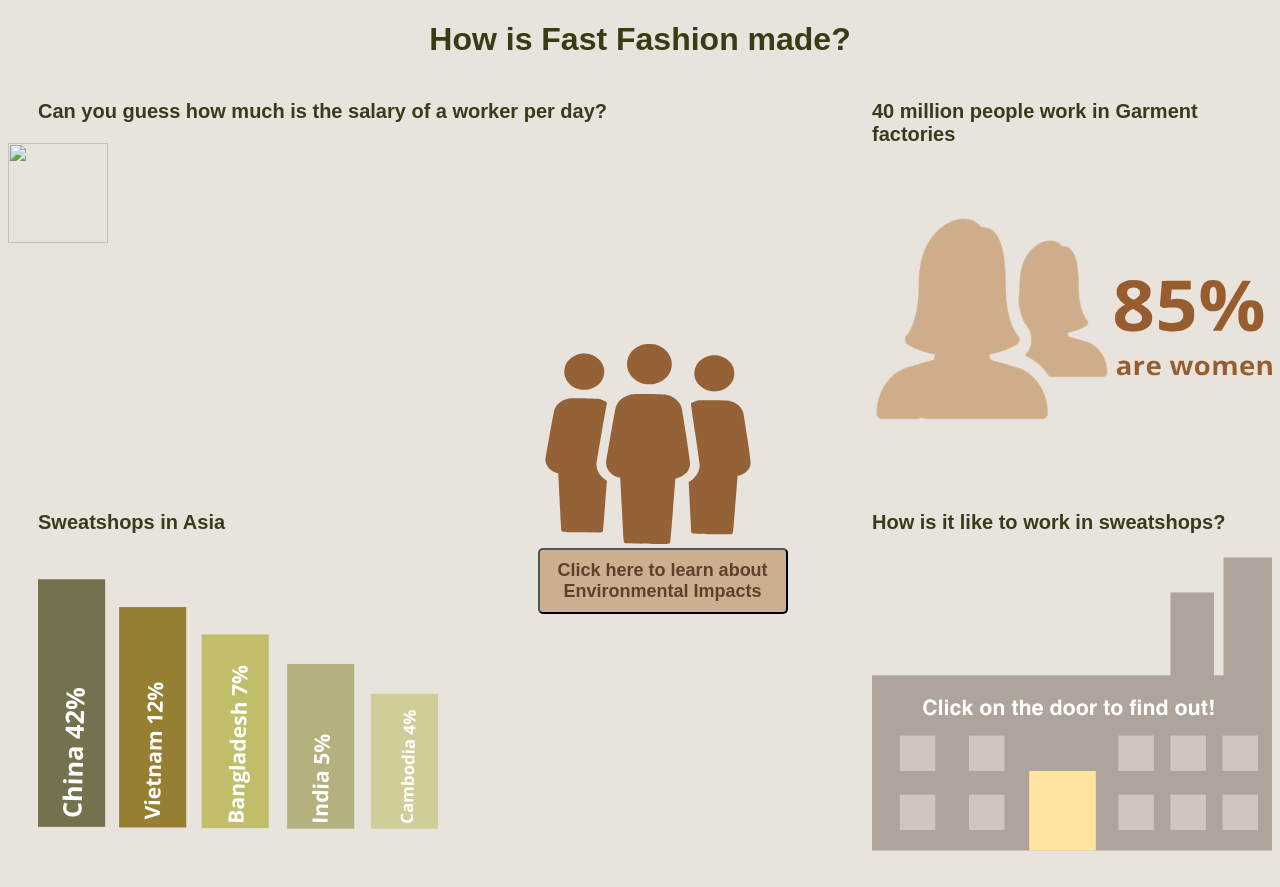
Repository: DevOfHockey/mdia-2190-midterm
Page: fashionlabor.html
An editor plug-in stored every save of this project. The page is shown before and after the next save, followed by the edit.
The browser window is 1280 px wide. The pictures show the whole page.

Above is the page before, as saved 2022-03-06 22:43:16.

### fashionlabor.html
<!DOCTYPE html>
<html>
  <head>
    <title>Fashion Labor</title>
    <script src="comps/header.js"></script>
    <script src="comps/subheading.js"></script>
    <script src="comps/infobox.js"></script>
    <script src="comps/salarybox.js"></script>
    <link rel="stylesheet" href="fashionlabor.css">
  </head>
<!-- Header -->
  <body>
  <div class="main"></div>
    <div class="Headings">
      <the-header
        name="Sample Header">
      </the-header>
      <the-subheading
        name="Sample Sub-heading">
      </the-subheading>
    </div>

<!-- Images with Info-->
    <div id="info">
      <div class="salary">
        <p>Can you guess how much is the salary of a worker per day?</p>
        <the-salary></the-salary>
      </div>

      <div class="asia">
        <the-info
          name="40 million people work in Garment factories"
          img="/imgs/women.svg">
        </the-info>
      </div>

      <div class="environment">
        <img src="/imgs/human.svg" class="human" width="220" height="200">
        <button>Click here to learn about Environmental Impacts</button>
      </div>

      <div class="people">
        <the-info
          name="Sweatshops in Asia">
        </the-info>
      </div>

      <div class="sweatshops">
        <the-info
          name="How is it like to work in sweatshops?"
          img="/imgs/sweatshop.svg">
        </the-info>
      </div>
    </div>
  </div>

  </body>
</html>

### comps/header.js
var template_header = document.createElement("template"); //<template> </template> RULE

//To-do - CREATE THE UI HERE!
template_header.innerHTML = `
<div class = "header">
<h1> How is Fast Fashion made? </h1>
</div>
<style>
h1 {
    color: #393b14;
}
</style>
`;

//MUST HAVE - CREATE A CLASS WITH HTMLELEMENT POWERS (interfaces/functionalities)
class TheHeader extends HTMLElement {

    //MUST HAVE - CREATE A CONSTRUCTOR TO DO INITAL ASSOCIATIONS
    constructor(){
        super(); //pass on the HTMLElement super powers!
        this.attachShadow({mode:"open"}) //Attach it to the shadowRoot

        //To-do - CREATE THE STATES FOR THE UI HERE!
    }

    //MUST HAVE - FUNCTION THAT RUNS AFTER IT'S CONNECTED
    connectedCallback(){
        this.shadowRoot.appendChild(template_header.content.cloneNode(true)); //use the template to make a clone
    }

    //To-do - CREATE THE FUNCTIONALITIES HERE!
}

//MUST HAVE - define the tag for the custom elements
customElements.define("the-header", TheHeader)

### comps/infobox.js
//MUST HAVE - CREATE A TEMPLATE TAG
var template_info = document.createElement("template"); //<template> </template> RULE

//To-do - CREATE THE UI HERE!
template_info.innerHTML = `
<div id = "info_cont">
<h3>Info Title<h3>
<img id='image' src='/imgs/sweatshopsgraph.svg' />
</div>

<style>
h3 {
    font-size: 20px;
    font-weight: bold;
    color: #393B1A;
    text-align: left;
    margin-left: 30px;
}

#image {
    width: 400px;
    height: 300px;
}
`;

//MUST HAVE - CREATE A CLASS WITH HTMLELEMENT POWERS (interfaces/functionalities)
class TheInfo extends HTMLElement {

    //MUST HAVE - CREATE A CONSTRUCTOR TO DO INITAL ASSOCIATIONS
    constructor(){
        super(); //pass on the HTMLElement super powers!
        this.attachShadow({mode:"open"}) //Attach it to the shadowRoot

        //To-do - CREATE THE STATES FOR THE UI HERE!
    }

    //MUST HAVE - FUNCTION THAT RUNS AFTER IT'S CONNECTED
    connectedCallback(){
        this.shadowRoot.appendChild(template_info.content.cloneNode(true)); //use the template to make a clone
        //console.log(this.getAttribute("name"))
        if(this.getAttribute("name")){
        this.shadowRoot.querySelector("#info_cont > h3").innerText = this.getAttribute("name");
        }
        if(this.getAttribute("img")){
        this.shadowRoot.querySelector("img").src = this.getAttribute("img");
        }
    }

    //To-do - CREATE THE FUNCTIONALITIES HERE!
}

//MUST HAVE - define the tag for the custom elements
customElements.define("the-info", TheInfo)

### comps/salarybox.js
//MUST HAVE - CREATE A TEMPLATE TAG
var template_salary = document.createElement("template"); //<template> </template> RULE

//To-do - CREATE THE UI HERE!
template_salary.innerHTML = `
<style>
img {
    width: 100px;
    height: 100px;
}

</style>
<div class="salarybox">
    <img src="/imgs/2dollar.svg">
</div>
`;

//MUST HAVE - CREATE A CLASS WITH HTMLELEMENT POWERS (interfaces/functionalities)
class TheSalary extends HTMLElement {

    //MUST HAVE - CREATE A CONSTRUCTOR TO DO INITAL ASSOCIATIONS
    constructor(){
        super(); //pass on the HTMLElement super powers!
        this.attachShadow({mode:"open"}) //Attach it to the shadowRoot

        //To-do - CREATE THE STATES FOR THE UI HERE!
    }

    //MUST HAVE - FUNCTION THAT RUNS AFTER IT'S CONNECTED
    connectedCallback(){
        this.shadowRoot.appendChild(template_salary.content.cloneNode(true)); //use the template to make a clone
    }

    //To-do - CREATE THE FUNCTIONALITIES HERE!
}

//MUST HAVE - define the tag for the custom elements
customElements.define("the-salary", TheSalary)

### fashionlabor.css
body {
    background-color: #e8e3dc;
    font-family: Arial, Helvetica, sans-serif;
}
.Headings {
    text-align: center;
    font-family: Arial, Helvetica, sans-serif;
}
#info {
    display: grid;
    grid-template-columns: 2fr 1fr;
}
button {
    display:flex;
    align-self: center;
    background-color: #CBAF8F;
    color: #5E412B;
    text-align: center;
    padding: 10px;
    text-decoration: none;
    font-family: Arial, Helvetica, sans-serif;
    font-size: 18px;
    font-weight: bold;
    border-radius: 5px;
    width: 250px;
}
.environment {
    align-self: center;
    position: absolute;
    left: 42%;
}
p {
    font-size: 20px;
    font-weight: bold;
    color: #393B1A;
    text-align: left;
    margin-left: 30px;
}

### imgs/2dollar.svg
<svg id="Layer_2" data-name="Layer 2" xmlns="http://www.w3.org/2001/svg" viewBox="0 0 141.25 78.75"><defs><style>.cls-1,.cls-4{fill:#aaa880;}.cls-2,.cls-3{fill:#d0cd99;}.cls-3{font-size:48px;}.cls-3,.cls-4{font-family:OpenSans, Open Sans;}.cls-4{font-size:25.95px;}</style></defs><rect class="cls-1" width="141.25" height="78.75" rx="7.38"/><ellipse class="cls-2" cx="71.86" cy="40.05" rx="24.28" ry="23.6"/><text class="cls-3" transform="translate(12.5 57.56)">$</text><text class="cls-3" transform="translate(102.29 58.12)">$</text><text class="cls-4" transform="translate(63.89 49.4) scale(1.1 1)">2</text></svg>

Loaded but not shown: comps/subheading.js (no copy from this time; the picture is the same without it)

After the next save:
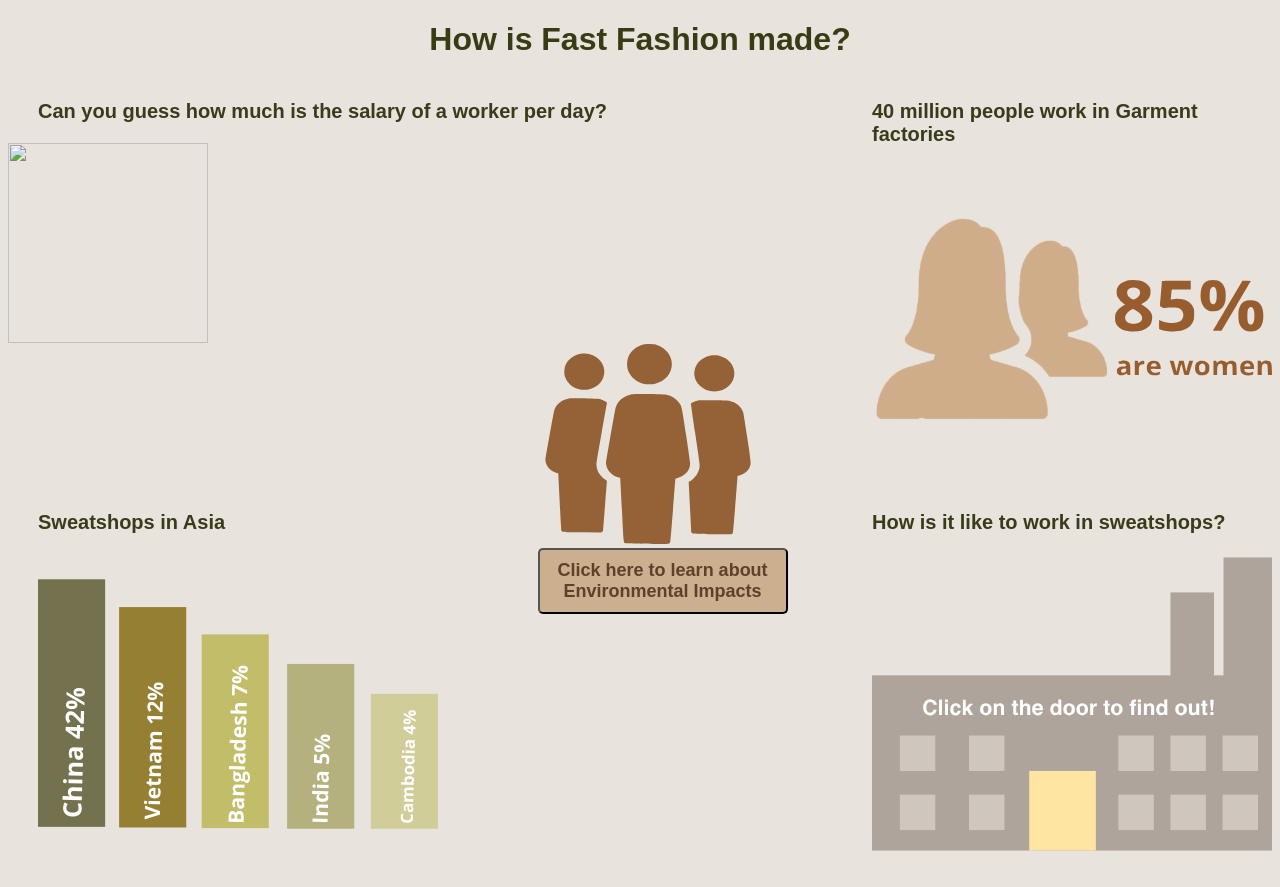
Saved 8 s later.
--- a/comps/salarybox.js
+++ b/comps/salarybox.js
@@ -5,8 +5,8 @@ var template_salary = document.createElement("template"); //<template> </templat
 template_salary.innerHTML = `
 <style>
 img {
-    width: 100px;
-    height: 100px;
+    width: 200px;
+    height: 200px;
 }
 
 </style>
